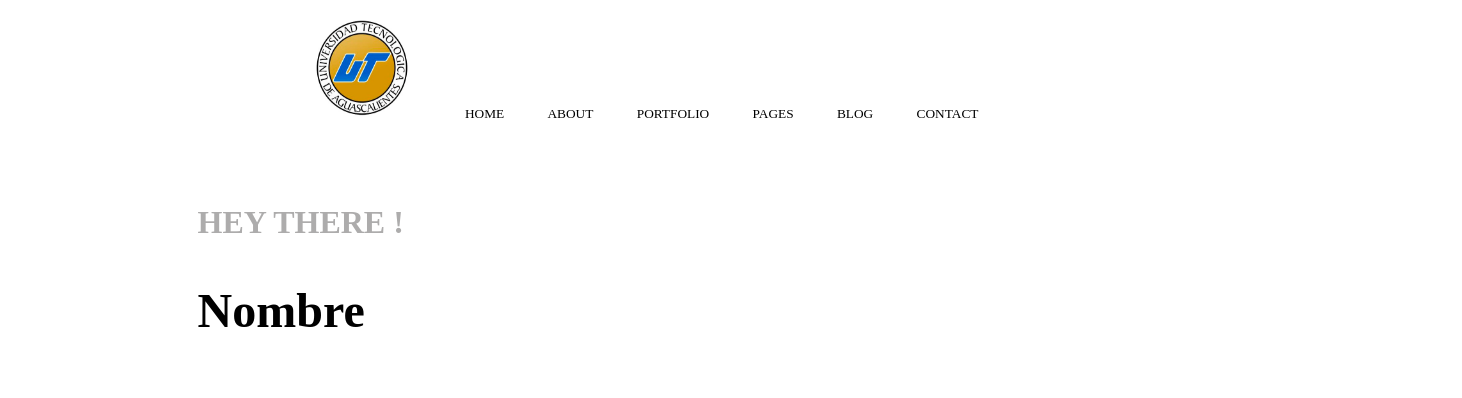
Repository: Armandoyerek11/proyectou1
Page: index.html
These files come from the project's save history. The page is drawn as it stood at one moment and after the next save; the edit follows.
The browser window is 1280 px wide. The page is 1462 px wide, so the pictures cover 1462 px, including what lies to the right of the window. The pictures show the whole page.

Above is the page before, as saved 2022-05-30 13:58:21.

After the next save:
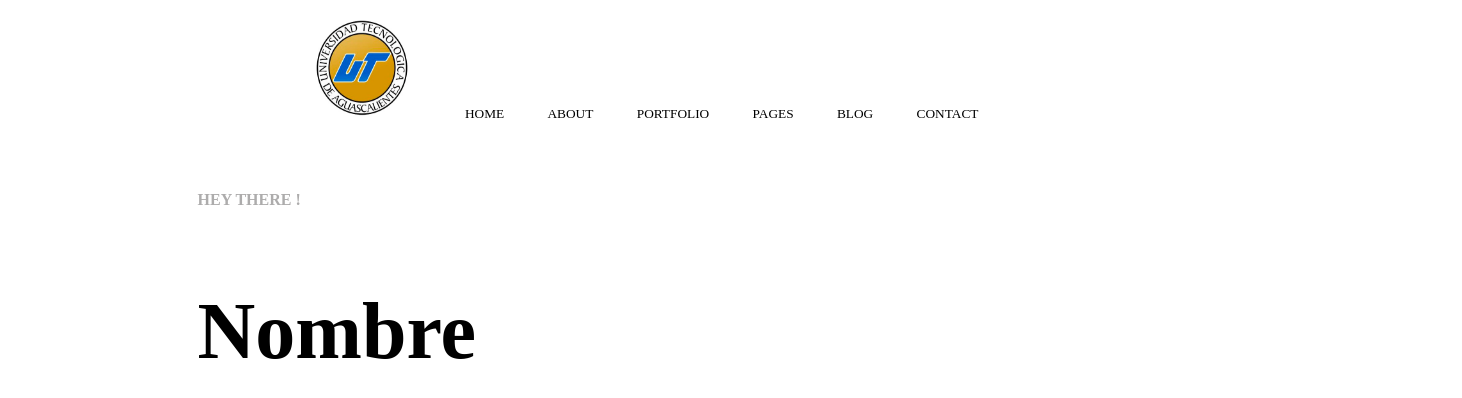
Saved 23 s later.
--- a/style.css
+++ b/style.css
@@ -21,7 +21,7 @@
 
 h1 {
     color: #adacac;
-    font-size: 2em;
+    font-size: 1em;
     top: 50%;
     left: 80%;
     transform: translatex(15%) translatey(15%);
@@ -29,7 +29,7 @@
 
 h2 {
     color: black;
-    font-size: 3em;
+    font-size: 5em;
     top: 50%;
     right: 10ch;
     transform: translatex(15%) translatey(15%);
